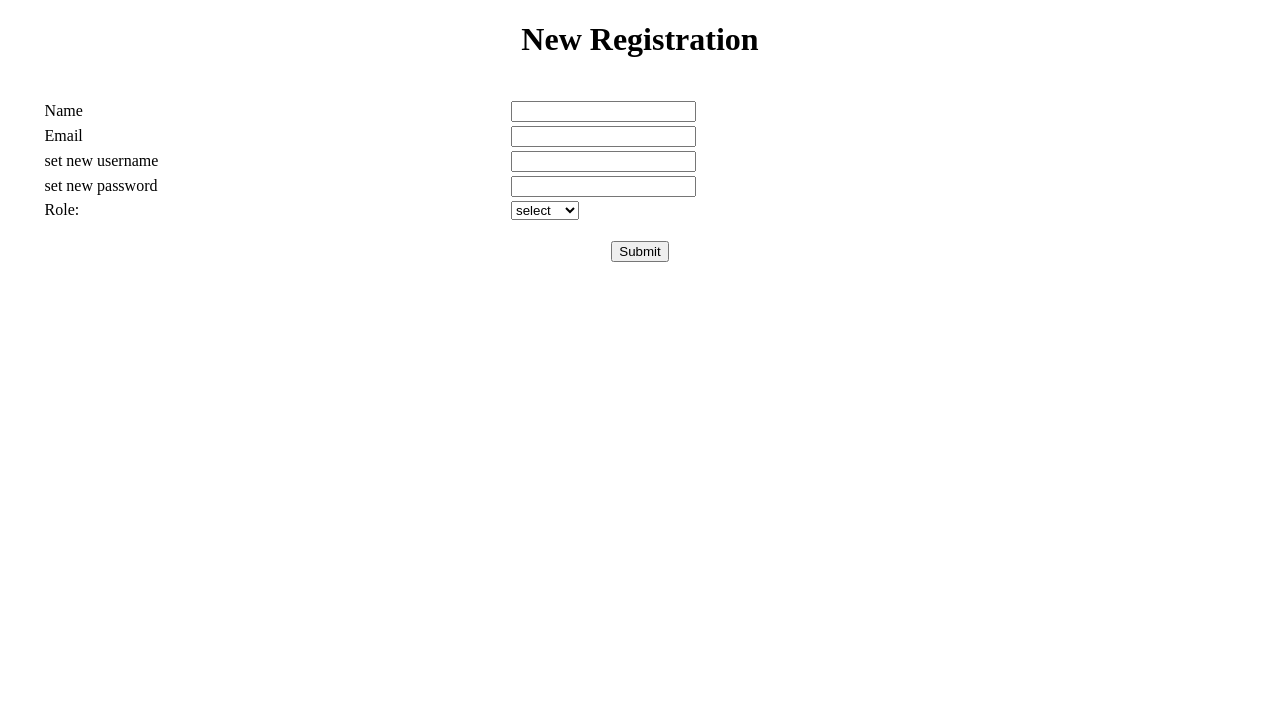
Repository: viraj2623/My_projects
Page: loginandregpr/src/main/webapp/Registration.html
An editor plug-in stored every save of this project. The page is shown before and after the next save, followed by the edit.
The browser window is 1280 px wide. The pictures show the whole page.

Above is the page before, as saved 2025-03-05 07:54:00.

After the next save:
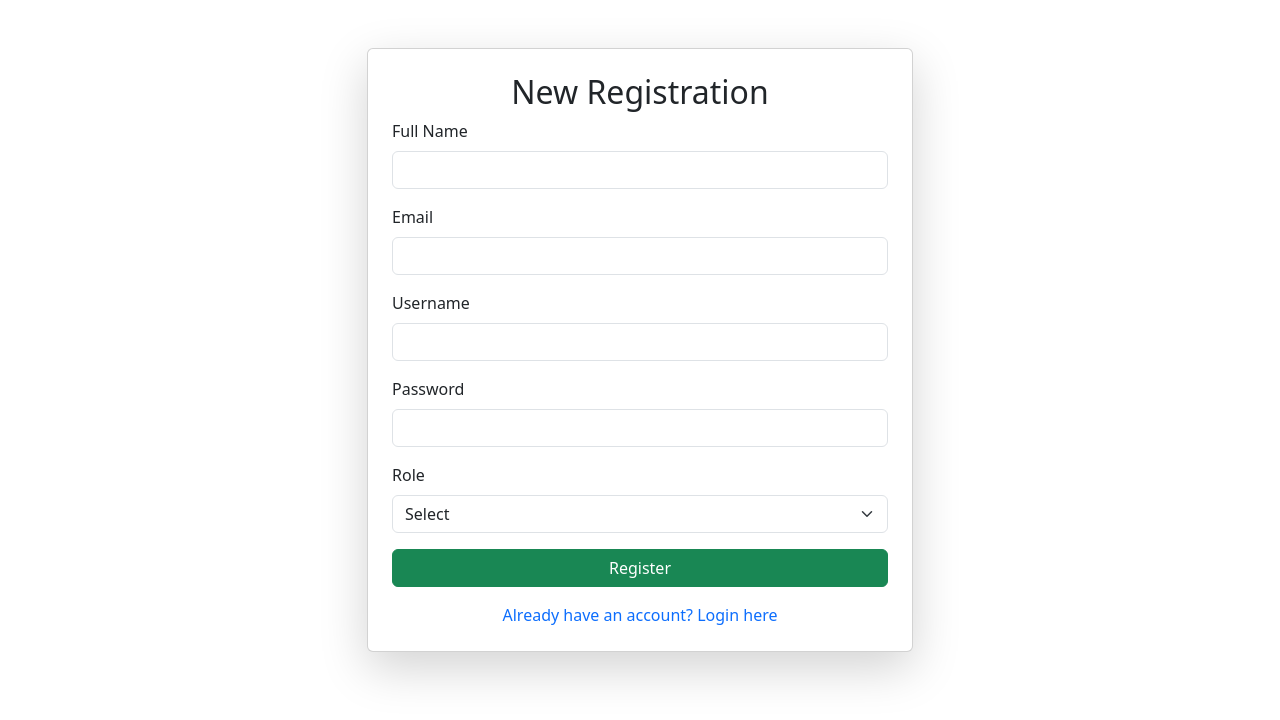
Saved 84 s later.
--- a/loginandregpr/src/main/webapp/Registration.html
+++ b/loginandregpr/src/main/webapp/Registration.html
@@ -1,52 +1,54 @@
 <!DOCTYPE html>
-<html>
+<html lang="en">
 <head>
-<meta charset="UTF-8">
-<title>Insert title here</title>
+    <meta charset="UTF-8">
+    <meta name="viewport" content="width=device-width, initial-scale=1.0">
+    <title>New Registration</title>
+    <link rel="stylesheet" href="https://cdnjs.cloudflare.com/ajax/libs/bootstrap/5.3.0/css/bootstrap.min.css">
 </head>
 <body>
-<div class="col-11 container">
- <div align="center">
-  <h1>New Registration</h1>
-
-  <form action="Regandloginsrv" method="service">
-  <div class="container mt-4">
-  <input type="hidden" name="movement" value="register">
-   <table style="width: 95%" class="table">
-    <tr>
-     <td><legend>Name</legend></td>
-     <td><input type="text" name="name" required/></td>
-    </tr>
-    <tr>
-     <td><legend>Email</legend></td>
-     <td><input type="email" name="email" required/></td>
-    </tr>
-    <tr>
-     <td><legend>set new username</legend></td>
-     <td><input type="text" name="username" required/></td>
-    </tr>
-    <tr>
-     <td><legend>set new password</legend></td>
-     <td><input type="password" name="password" required/></td>
-    </tr>
-    <tr>
-    <td><legend>Role:</legend></td>
-   <td> <select name="role">
-   <option value="select">select</option>
-        <option value="STUDENT">Student</option>
-        <option value="ADMIN">Admin</option>
-    </select>
-    </td>
-    <br>
-    </tr>
-   </table><br/>
-   <input type="submit" class="btn btn-outline-success" value="Submit" />
-
-   </div>
-  </form>
- </div>
- </div>
- <script src="https://cdn.jsdelivr.net/npm/bootstrap@5.1.3/dist/js/bootstrap.bundle.min.js" integrity="sha384-ka7Sk0Gln4gmtz2MlQnikT1wXgYsOg+OMhuP+IlRH9sENBO0LRn5q+8nbTov4+1p" crossorigin="anonymous"></script>
-
+    <div class="container mt-5">
+        <div class="row justify-content-center">
+            <div class="col-md-6">
+                <div class="card shadow-lg p-4">
+                    <h2 class="text-center">New Registration</h2>
+                    <form action="Regandloginsrv" method="post">
+                        <input type="hidden" name="movement" value="register">
+                        <div class="mb-3">
+                            <label for="name" class="form-label">Full Name</label>
+                            <input type="text" id="name" name="name" class="form-control" required>
+                        </div>
+                        <div class="mb-3">
+                            <label for="email" class="form-label">Email</label>
+                            <input type="email" id="email" name="email" class="form-control" required>
+                        </div>
+                        <div class="mb-3">
+                            <label for="username" class="form-label">Username</label>
+                            <input type="text" id="username" name="username" class="form-control" required>
+                        </div>
+                        <div class="mb-3">
+                            <label for="password" class="form-label">Password</label>
+                            <input type="password" id="password" name="password" class="form-control" required>
+                        </div>
+                        <div class="mb-3">
+                            <label for="role" class="form-label">Role</label>
+                            <select id="role" name="role" class="form-select" required>
+                                <option value="" disabled selected>Select</option>
+                                <option value="STUDENT">Student</option>
+                                <option value="ADMIN">Admin</option>
+                            </select>
+                        </div>
+                        <div class="d-grid">
+                            <button type="submit" class="btn btn-success">Register</button>
+                        </div>
+                    </form>
+                    <div class="text-center mt-3">
+                        <a href="login.html" class="text-decoration-none">Already have an account? Login here</a>
+                    </div>
+                </div>
+            </div>
+        </div>
+    </div>
+    <script src="https://cdnjs.cloudflare.com/ajax/libs/bootstrap/5.3.0/js/bootstrap.bundle.min.js"></script>
 </body>
 </html>
